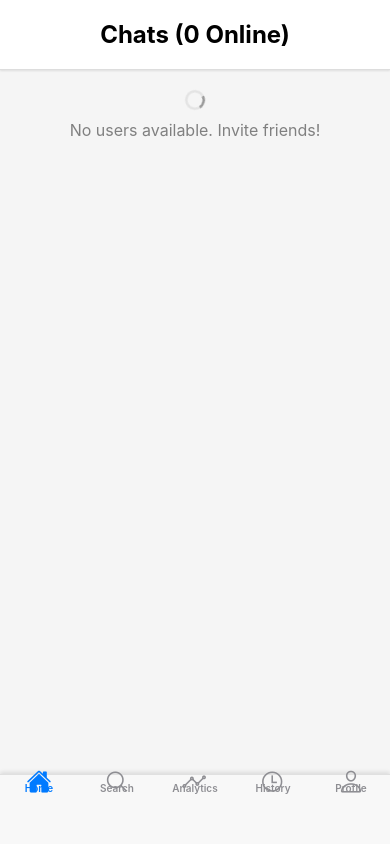
Repository: UdayRaj04/Chatapp_native
Screen: /MainTabs (app in ChatAppFrontend/)
These files come from the project's save history. The screen is drawn as it stood at one moment and after the next save; the edit follows.
The app was drawn by React Native's web renderer in a window 390 px wide. The project was rebuilt for these pictures with package versions that can differ from the ones it lists, and the page was loaded fresh each time. Some packages were replaced by stand-ins written for this rebuild. Also part of the build but not shown: ChatAppFrontend/screens/RegisterScreen.tsx, ChatAppFrontend/screens/ChatScreen.tsx, ChatAppFrontend/screens/SearchScreen.tsx, ChatAppFrontend/screens/AnalyticsScreen.tsx, ChatAppFrontend/screens/HistoryScreen.tsx, ChatAppFrontend/screens/ProfileScreen.tsx.

Above is the screen before, as saved 2025-09-09 17:38:52.

### ChatAppFrontend/App.tsx
import 'react-native-get-random-values';  // Polyfill first
import React from 'react';
import { NavigationContainer } from '@react-navigation/native';
import { createStackNavigator } from '@react-navigation/stack';
import { createBottomTabNavigator } from '@react-navigation/bottom-tabs';
import { Ionicons } from '@expo/vector-icons';
import { LogBox, View } from 'react-native';
import { SafeAreaProvider } from 'react-native-safe-area-context';  // New: For dynamic insets

// Suppress warnings
LogBox.ignoreLogs([
  'Text strings must be rendered within a <Text> component',
  'VirtualizedList: You have a large list that is slow to initial render',
  'Require cycle:',
  /Warning: [A-Za-z ]*Text strings[A-Za-z ]*/,
]);

// Your existing screens
import LoginScreen from './screens/LoginScreen';
import RegisterScreen from './screens/RegisterScreen';
import ChatListScreen from './screens/ChatListScreen';
import ChatScreen from './screens/ChatScreen';

// Placeholder screens (ensure they exist)
import SearchScreen from './screens/SearchScreen';
import AnalyticsScreen from './screens/AnalyticsScreen';
import HistoryScreen from './screens/HistoryScreen';
import ProfileScreen from './screens/ProfileScreen';

const Stack = createStackNavigator();
const Tab = createBottomTabNavigator();

// Main Tab Navigator (enhanced with safe area for no overlap)
function MainTabs() {
  return (
    <Tab.Navigator
      screenOptions={({ route }) => ({
        tabBarIcon: ({ focused, color, size }) => {
          let iconName: keyof typeof Ionicons.glyphMap;

          if (route.name === 'Chats') {
            iconName = focused ? 'home' : 'home-outline';
          } else if (route.name === 'Search') {
            iconName = focused ? 'search' : 'search-outline';
          } else if (route.name === 'Analytics') {
            iconName = focused ? 'analytics' : 'analytics-outline';
          } else if (route.name === 'History') {
            iconName = focused ? 'time' : 'time-outline';
          } else {
            iconName = focused ? 'person' : 'person-outline';
          }

          return <Ionicons name={iconName} size={size} color={color} />;
        },
        tabBarActiveTintColor: '#007AFF',
        tabBarInactiveTintColor: '#8e8e93',
        tabBarStyle: {
          backgroundColor: '#f8f8f8',
          borderTopWidth: 0.5,
          borderTopColor: '#e0e0e0',
          elevation: 8,
          shadowColor: '#000',
          shadowOffset: { width: 0, height: -2 },
          shadowOpacity: 0.1,
          shadowRadius: 4,
          height: 70,  // Increased: Taller tab bar (60 was too tight; 70 + labels)
          paddingBottom: 50,  // Reduced top padding for balance
          paddingTop: 5,
          position: 'absolute',  // Explicit: Ensures absolute positioning
          bottom: 0,  // Pin to bottom
          left: 0,
          right: 0,
          marginBottom: 0,  // No extra margin
        },
        tabBarLabelStyle: {
          fontSize: 10,
          fontWeight: '600',
          marginBottom: 0,  // Tight labels
        },
        headerShown: false,
        lazy: true,
        // New: Apply safe area padding to tab screens (prevents overlap)
        cardStyle: { paddingBottom: 0 },  // No extra card padding
      })}
    >
      <Tab.Screen name="Chats" component={ChatListScreen} options={{ title: 'Home' }} />
      <Tab.Screen name="Search" component={SearchScreen} options={{ title: 'Search' }} />
      <Tab.Screen name="Analytics" component={AnalyticsScreen} options={{ title: 'Analytics' }} />
      <Tab.Screen name="History" component={HistoryScreen} options={{ title: 'History' }} />
      <Tab.Screen name="Profile" component={ProfileScreen} options={{ title: 'Profile' }} />
    </Tab.Navigator>
  );
}

// Main App - Wrapped in SafeAreaProvider
export default function App() {
  return (
    <SafeAreaProvider>  {/* New: Enables useSafeAreaInsets() */}
      <View style={{ flex: 1 }}>
        <NavigationContainer>
          <Stack.Navigator
            initialRouteName="Login"
            screenOptions={{
              headerShown: false,
              cardStyle: { backgroundColor: '#f5f5f5' },
            }}
          >
            <Stack.Screen name="Login" component={LoginScreen} />
            <Stack.Screen name="Register" component={RegisterScreen} />
            <Stack.Screen name="MainTabs" component={MainTabs} />
            <Stack.Screen
              name="Chat"
              component={ChatScreen}
              options={{
                headerShown: true,
                headerTitle: 'Chat',
                headerStyle: { backgroundColor: '#007AFF' },
                headerTintColor: '#fff',
                presentation: 'modal',
                // Hide tabs in chat to avoid overlap
                tabBarStyle: { display: 'none' },
              }}
            />
          </Stack.Navigator>
        </NavigationContainer>
      </View>
    </SafeAreaProvider>
  );
}

### ChatAppFrontend/screens/LoginScreen.tsx
import React, { useState } from 'react';
import {
  View,
  TextInput,
  TouchableOpacity,
  Text,
  StyleSheet,
  Alert,
  ActivityIndicator,
  KeyboardAvoidingView,
  Platform,
  Image,  // New: For logo
} from 'react-native';
import { Ionicons } from '@expo/vector-icons';  // For input icons
import { useSafeAreaInsets } from 'react-native-safe-area-context';  // For insets (provider in App.tsx)
import { useNavigation } from '@react-navigation/native';  // For navigation
import AsyncStorage from '@react-native-async-storage/async-storage';
import axios, { AxiosError } from 'axios';

const API_BASE = 'http://192.168.29.93:5000/api';

interface LoginResponse {
  token: string;
  user: {
    id?: string;
    _id?: string;
    username: string;
    email: string;
  };
}

export default function LoginScreen() {
  const [email, setEmail] = useState<string>('');
  const [password, setPassword] = useState<string>('');
  const [loading, setLoading] = useState<boolean>(false);
  const [emailError, setEmailError] = useState<string>('');
  const [passwordError, setPasswordError] = useState<string>('');
  const navigation = useNavigation<any>();
  const insets = useSafeAreaInsets();  // Use insets from root provider

  const validateEmail = (email: string): boolean => {
    const emailRegex = /^[^\s@]+@[^\s@]+\.[^\s@]+$/;
    if (!email) {
      setEmailError('Email is required');
      return false;
    }
    if (!emailRegex.test(email)) {
      setEmailError('Invalid email format');
      return false;
    }
    setEmailError('');
    return true;
  };

  const validatePassword = (password: string): boolean => {
    if (!password) {
      setPasswordError('Password is required');
      return false;
    }
    if (password.length < 6) {
      setPasswordError('Password must be at least 6 characters');
      return false;
    }
    setPasswordError('');
    return true;
  };

  const handleLogin = async (): Promise<void> => {
    if (!validateEmail(email) || !validatePassword(password)) return;

    setLoading(true);
    try {
      const response = await axios.post<LoginResponse>(`${API_BASE}/auth/login`, {
        email,
        password,
      });
      await AsyncStorage.setItem('token', response.data.token);
      await AsyncStorage.setItem('user', JSON.stringify(response.data.user));
      navigation.replace('MainTabs');  // Navigate to tabs on success
    } catch (err) {
      const error = err as AxiosError;
      Alert.alert('Login Failed', error.response?.data?.error || 'Invalid credentials');
    } finally {
      setLoading(false);
    }
  };

  return (
    <KeyboardAvoidingView
      style={[styles.container, { paddingTop: insets.top }]}
      behavior={Platform.OS === 'ios' ? 'padding' : 'height'}
      enabled={true}
    >
      {/* Title with Logo */}
      <View style={styles.titleContainer}>
        {/* New: Bigger Logo */}
        <Image
          source={require('../assets/logos.png')}  // Adjust path if needed (e.g., '../../assets/logo.png')
          style={styles.logo}
          resizeMode="contain"
        />
        <Text style={styles.title}>Seamless Chat</Text>
        <Text style={styles.subtitle}>Welcome back! Sign in to continue</Text>
      </View>

      {/* Form */}
      <View style={styles.formContainer}>
        {/* Email Input */}
        <View style={styles.inputContainer}>
          <Ionicons name="mail" size={24} color="#999" style={styles.inputIcon} />
          <TextInput
            style={[styles.input, emailError ? styles.inputError : null]}
            value={email}
            onChangeText={(text) => {
              setEmail(text);
              if (emailError) validateEmail(text);
            }}
            placeholder="Email"
            keyboardType="email-address"
            autoCapitalize="none"
            onBlur={() => validateEmail(email)}
          />
        </View>
        {emailError ? <Text style={styles.errorText}>{emailError}</Text> : null}

        {/* Password Input */}
        <View style={styles.inputContainer}>
          <Ionicons name="lock-closed" size={24} color="#999" style={styles.inputIcon} />
          <TextInput
            style={[styles.input, passwordError ? styles.inputError : null]}
            value={password}
            onChangeText={(text) => {
              setPassword(text);
              if (passwordError) validatePassword(text);
            }}
            placeholder="Password"
            secureTextEntry={true}
            onBlur={() => validatePassword(password)}
          />
        </View>
        {passwordError ? <Text style={styles.errorText}>{passwordError}</Text> : null}

        {/* Login Button */}
        <TouchableOpacity
          style={[styles.button, loading ? styles.buttonDisabled : null]}
          onPress={handleLogin}
          disabled={loading}
          activeOpacity={0.7}
        >
          {loading ? (
            <ActivityIndicator size="small" color="#fff" />
          ) : (
            <Text style={styles.buttonText}>Login</Text>
          )}
        </TouchableOpacity>

        {/* Register Link */}
        <TouchableOpacity
          style={styles.linkContainer}
          onPress={() => navigation.navigate('Register')}
        >
          <Text style={styles.linkText}>Don't have an account? Register</Text>
        </TouchableOpacity>
      </View>
    </KeyboardAvoidingView>
  );
}

const styles = StyleSheet.create({
  container: {
    flex: 1,
    backgroundColor: '#f5f5f5',
    justifyContent: 'center',
    alignItems: 'center',
  },
  titleContainer: {
    alignItems: 'center',
    marginBottom: 50,  // Increased: More space after logo/title to form
  },
  // New: Logo Style (Bigger, Centered)
  logo: {
    width: 120,  // Bigger size - adjust as needed (e.g., 100 for smaller)
    height: 120,
    marginBottom: 20,  // Space between logo and title
    alignSelf: 'center',
  },
  title: {
    fontSize: 32,
    fontWeight: 'bold',
    color: '#333',
    marginBottom: 5,
  },
  subtitle: {
    fontSize: 16,
    color: '#666',
    textAlign: 'center',
  },
  formContainer: {
    width: '85%',  // Responsive width
    alignItems: 'center',
  },
  inputContainer: {
    flexDirection: 'row',
    alignItems: 'center',
    backgroundColor: '#fff',
    borderRadius: 10,
    marginBottom: 15,
    paddingHorizontal: 15,
    elevation: 2,
    shadowColor: '#000',
    shadowOffset: { width: 0, height: 1 },
    shadowOpacity: 0.1,
    shadowRadius: 2,
    width: '100%',
  },
  inputIcon: {
    marginRight: 10,
  },
  input: {
    flex: 1,
    paddingVertical: 12,
    fontSize: 16,
    color: '#333',
  },
  inputError: {
    borderWidth: 1,
    borderColor: '#ff6b6b',
  },
  errorText: {
    color: '#ff6b6b',
    fontSize: 12,
    marginBottom: 10,
    alignSelf: 'flex-start',
  },
  button: {
    backgroundColor: '#007AFF',
    borderRadius: 10,
    paddingVertical: 15,
    width: '100%',
    alignItems: 'center',
    marginTop: 10,
    elevation: 2,
    shadowColor: '#007AFF',
    shadowOffset: { width: 0, height: 2 },
    shadowOpacity: 0.2,
    shadowRadius: 4,
  },
  buttonDisabled: {
    backgroundColor: '#ccc',
  },
  buttonText: {
    color: '#fff',
    fontSize: 18,
    fontWeight: 'bold',
  },
  linkContainer: {
    marginTop: 20,
    alignItems: 'center',
  },
  linkText: {
    color: '#007AFF',
    fontSize: 16,
    textDecorationLine: 'underline',
  },
});

### ChatAppFrontend/screens/ChatListScreen.tsx
import React, { useState, useEffect } from 'react';
import {
  View,
  FlatList,
  Text,
  TouchableOpacity,
  StyleSheet,
  Alert,
  ActivityIndicator,
} from 'react-native';
import { Ionicons } from '@expo/vector-icons';  // New: For user icons (person-circle)
import { useSafeAreaInsets } from 'react-native-safe-area-context';  // From previous (for padding)
import AsyncStorage from '@react-native-async-storage/async-storage';
import axios, { AxiosError } from 'axios';
import io, { Socket } from 'socket.io-client';

const API_BASE = 'http://192.168.29.93:5000/api';

interface User {
  _id: string;
  id?: string;
  username: string;
  email: string;
}

export default function ChatListScreen({ navigation }: { navigation: any }) {
  const [users, setUsers] = useState<User[]>([]);
  const [loading, setLoading] = useState<boolean>(true);
  const [currentUser, setCurrentUser] = useState<User | null>(null);
  const [socket, setSocket] = useState<Socket | null>(null);
  const [onlineUsers, setOnlineUsers] = useState<Set<string>>(new Set());

  // Safe area for dynamic padding (from previous)
  const insets = useSafeAreaInsets();
  const bottomPadding = Math.max(120, insets.bottom + 70);

  useEffect(() => {
    loadUser();
    fetchUsers();

    const initSocket = async () => {
      const token = await AsyncStorage.getItem('token');
      if (token) {
        const newSocket = io(API_BASE.replace('/api', ''), {
          auth: { token },
        });
        setSocket(newSocket);
        newSocket.on('connect_error', () => Alert.alert('Socket Error', 'Connection failed'));

        newSocket.on('userOnline', (data) => {
          console.log('User online:', data.userId);
          setOnlineUsers((prev) => new Set([...prev, data.userId]));
        });

        newSocket.on('userOffline', (data) => {
          console.log('User offline:', data.userId);
          setOnlineUsers((prev) => {
            const newSet = new Set(prev);
            newSet.delete(data.userId);
            return newSet;
          });
        });

        newSocket.on('onlineUsersList', (data) => {
          console.log('Initial online users:', data.onlineUsers);
          setOnlineUsers(new Set(data.onlineUsers));
        });

        newSocket.on('connect', () => {
          console.log('Socket connected - requesting online users');
          newSocket.emit('getOnlineUsers');
        });
      }
    };
    initSocket();

    return () => {
      socket?.disconnect();
    };
  }, []);

  const loadUser = async (): Promise<void> => {
    const userStr = await AsyncStorage.getItem('user');
    if (userStr) {
      setCurrentUser(JSON.parse(userStr));
    }
    setLoading(false);
  };

  const fetchUsers = async (): Promise<void> => {
    const token = await AsyncStorage.getItem('token');
    if (!token) return;
    try {
      const response = await axios.get<User[]>(`${API_BASE}/users`, {
        headers: { Authorization: `Bearer ${token}` },
      });
      const validUsers = response.data.filter(u =>
        u && u.username && (u._id || u.id) && typeof u.username === 'string'
      );
      setUsers(validUsers);
    } catch (err) {
      const error = err as AxiosError;
      Alert.alert('Error', error.response?.data?.error || 'Failed to load users');
    }
  };

  const startChat = (otherUser: User): void => {
    const userId = otherUser.id || otherUser._id;
    console.log('Starting chat with userId:', userId);
    if (!userId) {
      Alert.alert('Error', 'Invalid user data');
      return;
    }
    navigation.navigate('Chat', {
      otherUserId: userId,
      otherUserName: otherUser.username,
    });
  };

  const renderUser = ({ item }: { item: User }): JSX.Element => {
    if (!item || !item.username || !(item._id || item.id)) {
      return (
        <View style={styles.userItem}>
          <View style={styles.userContent}>
            <Text style={styles.username}>Invalid user entry</Text>
          </View>
        </View>
      );
    }
    const userId = item.id || item._id;
    const isOnline = onlineUsers.has(userId);
    const userIdShort = userId.substring(0, 8) + '...';
    return (
      <TouchableOpacity onPress={() => startChat(item)} style={styles.userItem} activeOpacity={0.7}>
        <View style={styles.userContent}>
          {/* New: User icon on left */}
          <View style={styles.iconContainer}>
            <Ionicons
              name="person-circle"
              size={50}
              color={isOnline ? '#4CAF50' : '#ccc'}  // Green for online, gray for offline
            />
            {/* Optional: Small online dot (green circle below icon) */}
            {isOnline && (
              <View style={styles.onlineDot} />
            )}
          </View>
          {/* Text content on right */}
          <View style={styles.textContent}>
            <Text style={styles.username}>{item.username}</Text>
            {isOnline && <Text style={styles.onlineBadge}>Online</Text>}
            <Text style={styles.idText}>{"(ID: " + userIdShort + ")"}</Text>
          </View>
        </View>
      </TouchableOpacity>
    );
  };

  const renderEmpty = (): JSX.Element => (
    <View style={[styles.emptyContainer, { paddingBottom: bottomPadding }]}>
      <ActivityIndicator size="small" color="#999" />
      <Text style={styles.emptyText}>No users available. Invite friends!</Text>
    </View>
  );

  if (loading) {
    return (
      <View style={styles.loadingContainer}>
        <ActivityIndicator size="large" color="#0000ff" />
        <Text style={styles.loadingText}>Loading chats...</Text>
      </View>
    );
  }

  return (
    <View style={styles.container}>
      <Text style={styles.title}>Chats ({onlineUsers.size} Online)</Text>
      <FlatList
        data={users}
        keyExtractor={(item, index) => (item._id || item.id || index.toString())}
        renderItem={renderUser}
        ListEmptyComponent={renderEmpty}
        contentContainerStyle={[styles.listContent, { paddingBottom: bottomPadding }]}
        style={{ flex: 1 }}
        keyboardShouldPersistTaps="handled"
        bounces={true}
        showsVerticalScrollIndicator={true}
        initialNumToRender={10}
        maxToRenderPerBatch={5}
        windowSize={10}
        removeClippedSubviews={true}
        extraData={users}
        getItemLayout={(data, index) => ({ length: 70, offset: 70 * index, index })}
      />
    </View>
  );
}

const styles = StyleSheet.create({
  container: {
    flex: 1,
    backgroundColor: '#f5f5f5',
  },
  title: {
    fontSize: 24,
    fontWeight: 'bold',
    padding: 20,
    textAlign: 'center',
    backgroundColor: '#fff',
    borderBottomWidth: 1,
    borderBottomColor: '#ddd',
    elevation: 2,
    shadowColor: '#000',
    shadowOffset: { width: 0, height: 1 },
    shadowOpacity: 0.1,
    shadowRadius: 2,
  },
  loadingContainer: {
    flex: 1,
    justifyContent: 'center',
    alignItems: 'center',
  },
  loadingText: {
    marginTop: 10,
    fontSize: 16,
    color: '#666',
  },
  listContent: {
    paddingHorizontal: 10,
  },
  userItem: {
    backgroundColor: '#fff',
    marginVertical: 5,
    marginHorizontal: 10,
    borderRadius: 10,
    padding: 15,
    elevation: 2,
    shadowColor: '#000',
    shadowOffset: { width: 0, height: 1 },
    shadowOpacity: 0.2,
    shadowRadius: 1.41,
    // New: Taller for icon row
    minHeight: 70,
  },
  userContent: {
    flex: 1,
    flexDirection: 'row',  // New: Row for icon + text
    alignItems: 'center',  // New: Vertical center
  },
  // New: Icon container (left side)
  iconContainer: {
    marginRight: 15,  // Space between icon and text
    position: 'relative',  // For online dot positioning
  },
  // New: Text content wrapper (right side)
  textContent: {
    flex: 1,  // Take remaining space
    flexDirection: 'column',  // Stack username, badge, ID
    justifyContent: 'flex-start',
  },
  username: {
    fontSize: 18,
    fontWeight: 'bold',
    marginBottom: 2,  // Small space before badge/ID
  },
  onlineBadge: {
    fontSize: 12,
    color: '#4CAF50',
    fontWeight: 'bold',
    marginBottom: 2,
  },
  idText: {
    fontSize: 12,
    color: 'gray',
  },
  // New: Online status dot (small green circle under icon)
  onlineDot: {
    position: 'absolute',
    bottom: 0,
    right: 0,
    width: 12,
    height: 12,
    borderRadius: 6,
    backgroundColor: '#4CAF50',
    borderWidth: 2,
    borderColor: '#fff',  // White border for visibility
  },
  emptyContainer: {
    justifyContent: 'center',
    alignItems: 'center',
    padding: 20,
  },
  emptyText: {
    fontSize: 16,
    color: 'gray',
    textAlign: 'center',
    marginTop: 10,
  },
});

Loaded but not shown: ChatAppFrontend/index.ts (common file)

After the next save:
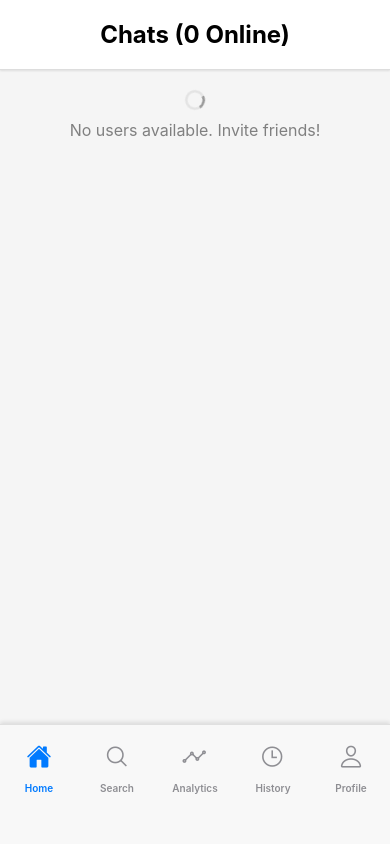
Saved 20 s later.
--- a/ChatAppFrontend/App.tsx
+++ b/ChatAppFrontend/App.tsx
@@ -63,7 +63,7 @@ function MainTabs() {
           shadowOffset: { width: 0, height: -2 },
           shadowOpacity: 0.1,
           shadowRadius: 4,
-          height: 70,  // Increased: Taller tab bar (60 was too tight; 70 + labels)
+          height: 120,  // Increased: Taller tab bar (60 was too tight; 70 + labels)
           paddingBottom: 50,  // Reduced top padding for balance
           paddingTop: 5,
           position: 'absolute',  // Explicit: Ensures absolute positioning
